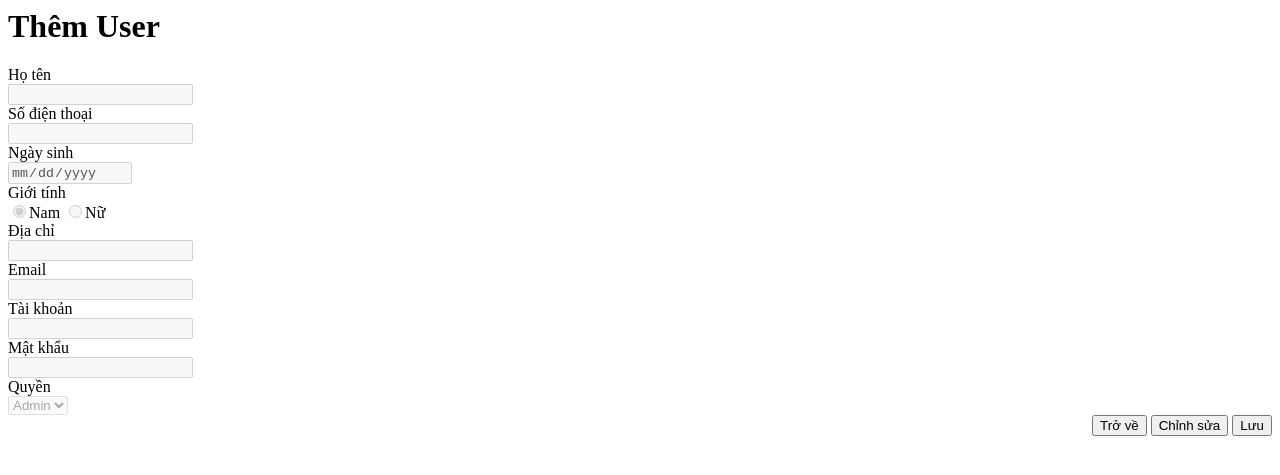
Repository: gohanmystic/T04_webraovat
Page: webraovat/webraovat/WebContent/app/admin/user/user-detail.html
An editor plug-in stored every save of this project. The page is shown before and after the next save, followed by the edit.
The browser window is 1280 px wide. The pictures show the whole page.

Above is the page before, as saved 2017-12-01 09:20:31.

After the next save:
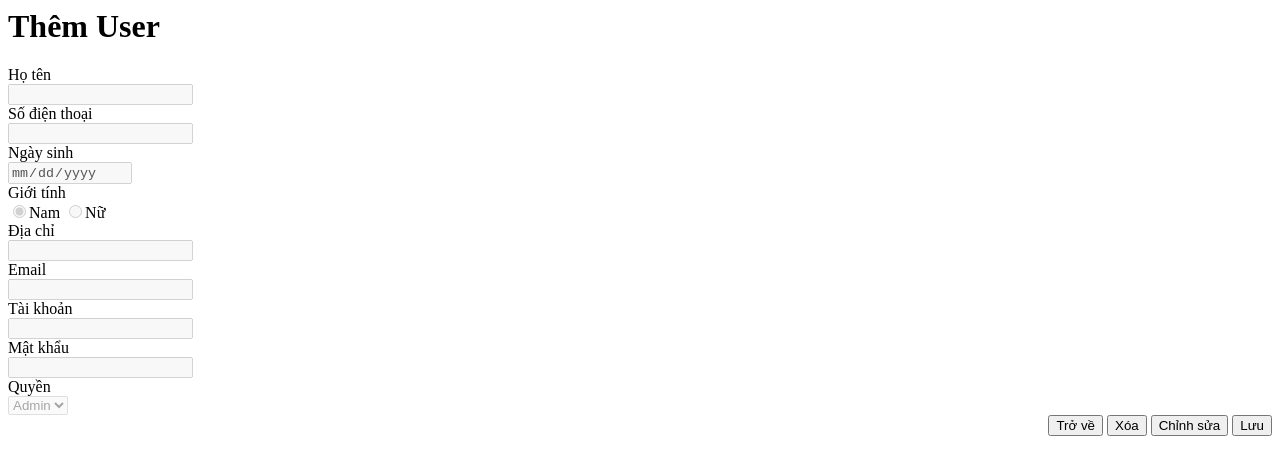
Saved 3 min 15 s later.
--- a/webraovat/webraovat/WebContent/app/admin/user/user-detail.html
+++ b/webraovat/webraovat/WebContent/app/admin/user/user-detail.html
@@ -85,6 +85,7 @@
 
                 <div class="form-group" style="float:right">
                     <button type="button" class="btn btn-default" onclick="window.history.back()"><i class="fa fa-undo fa-fw"></i>Trở về</button>
+                    <button type="button" class="btn btn-danger" ui-sref="user-update({userID : vm.user.userID})"><i class="fa fa-trash fa-fw"></i>Xóa</button>
                     <button type="button" class="btn btn-info" ui-sref="user-update({userID : vm.user.userID})"><i class="fa fa-pencil fa-fw"></i>Chỉnh sửa</button>
                     <button ng-click="vm.save()" type="button" class="btn btn-success"><i class="fa fa-floppy-o fa-fw"></i>Lưu</button>
                 </div>
